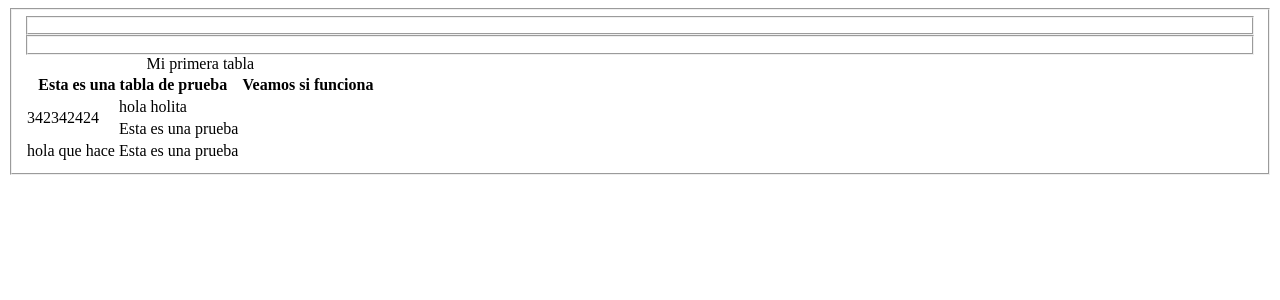
Repository: cesarsant0203/My_Study
Page: Introducción al desarrollo web/tablas.html
The author's editor kept a copy of each file at every save. The page is drawn from the files as they stood at one save, then again after a run of saves.
The browser window is 1280 px wide. The pictures show the whole page.

Above is the page before, as saved 2020-04-27 19:54:39.

After the next 2 saves:
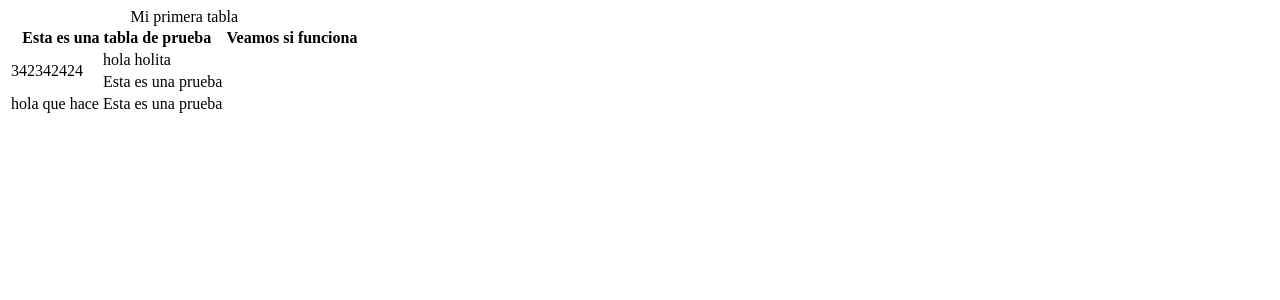
The 2 saves are shown as one change because they came seconds apart.
The last was saved 18 s later.
--- a/Introducción al desarrollo web/tablas.html
+++ b/Introducción al desarrollo web/tablas.html
@@ -9,19 +9,14 @@
 </head>
 
 <body>
-    <fieldset>
     <table>
-        <fieldset>
         <caption>Mi primera tabla</caption>
-    </fieldset>
-    <fieldset>
         <thead>
             <tr>
                 <th colspan="2">Esta es una tabla de prueba</th>
                 <th>Veamos si funciona</th>
             </tr>
         </thead>
-    </fieldset>
         <tbody>
             <tr>
                 <td rowspan="2">342342424</td>
@@ -37,7 +32,6 @@
             </tr>
         </tbody>
     </table>
-    </fieldset>
 </body>
 
 </html>
